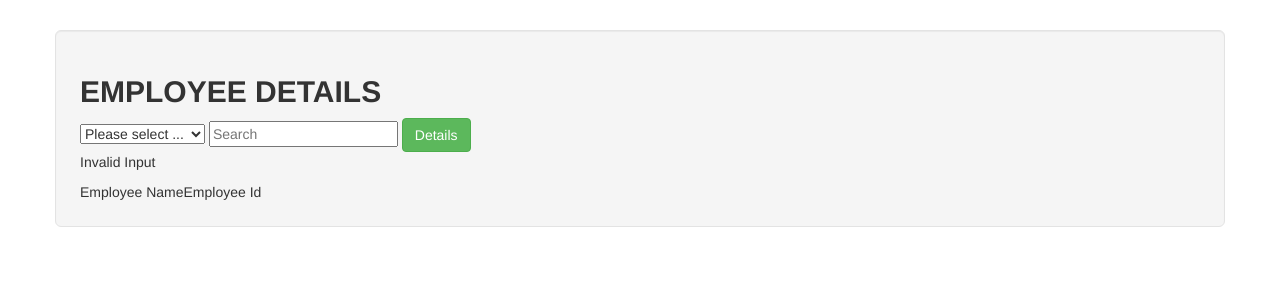
Repository: royakash07/FirstWebApplication
Page: http://localhost/SampleWebApplication/Details.jsp
An editor plug-in stored every save of this project. The page is shown before and after the next save, followed by the edit.
The browser window is 1280 px wide. The pictures show the whole page.
Some web libraries are served in a nearby version. The page is served by Tomcat 9.

Above is the page before, as saved 2017-12-06 05:48:51.

After the next save:
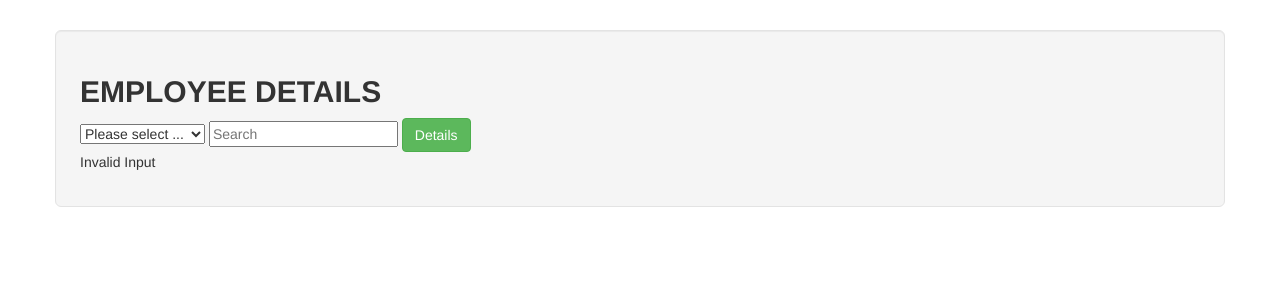
Saved 98 s later.
--- a/SampleWebApplication/WebContent/Details.jsp
+++ b/SampleWebApplication/WebContent/Details.jsp
@@ -36,13 +36,15 @@ style="display:none">
 <input type="submit" class="btn btn-success" value="Details"  onclick="myFunction()">
 <div class="myDiv" >
 <table>
-<tr>
+<%
+List<Employee> empList=(ArrayList<Employee>)request.getAttribute("empDetail");
+if(empList!=null){
+	%>
+	<tr>
 <td>Employee Name</td>
 <td>Employee Id</td>
 </tr>
 <%
-List<Employee> empList=(ArrayList<Employee>)request.getAttribute("empDetail");
-if(empList!=null){
 for(Employee emp:empList)
 {
 %>
